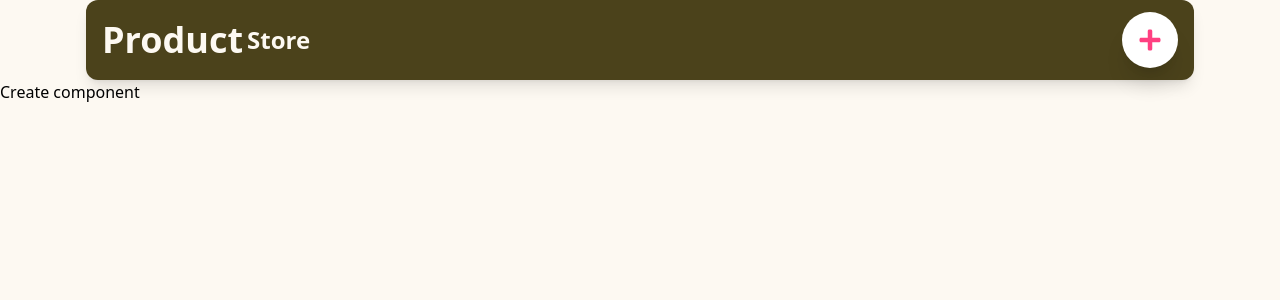
Repository: xarrkhan001/Mern-stack-Project
Page: /create (app in frontend/)
The author's editor kept a copy of each file at every save. The page is drawn from the files as they stood at one save, then again after the next save.
The browser window is 1280 px wide. The pictures show the whole page.
The project was rebuilt for these pictures with package versions that can differ from the ones it lists, and the page was loaded fresh each time. Also part of the build but not shown: frontend/vite.config.js, frontend/src/pages/HomePage.jsx.

Above is the page before, as saved 2025-03-05 16:02:38.

### frontend/src/main.jsx
import React from "react";
import { BrowserRouter } from "react-router-dom";
import ReactDOM from "react-dom";
import "./index.css";
import App from "./App";

ReactDOM.render(
  <React.StrictMode>
    <BrowserRouter>
      <App />
    </BrowserRouter>
  </React.StrictMode>,
  document.getElementById("root")
);

### frontend/src/App.jsx
import React from "react";
import { Routes, Route } from "react-router-dom";
import HomePage from "./pages/HomePage";
import CreatePage from "./pages/CreatePage";
import Navbar from "./components/Navbar";

const App = () => {
  return (
    <>
      <div className="min-h-[100vh] bg-[#fdf9f2]">
        {" "}
        {/* Lighter background color */}
        <Navbar />
        <Routes>
          <Route path="/" element={<HomePage />} />
          <Route path="/create" element={<CreatePage />} />
        </Routes>
      </div>
    </>
  );
};

export default App;

### frontend/src/pages/CreatePage.jsx
import React from "react";

const CreatePage = () => {
  return (
    <>
      <div>Create component</div>
    </>
  );
};

export default CreatePage;

### frontend/src/components/Navbar.jsx
import React from "react";
import { Link } from "react-router-dom";
import { FaPlus } from "react-icons/fa";

const Navbar = () => {
  return (
    <>
      <div className="max-w-[1140px] px-4 mx-auto">
        {/* Navbar container */}
        <div className="flex items-center justify-between h-20 bg-[#4B421B] p-4 rounded-xl shadow-lg">
          {/* Left side - ProductStore logo */}
          <Link to="/" className="flex items-center">
            {/* "Product" part of the logo - larger and bolder */}
            <span className="text-4xl font-extrabold text-[#fdf9f2]">
              Product
            </span>
            {/* "Store" part of the logo - slightly smaller */}
            <span className="text-2xl text-[#fdf9f2] font-semibold ml-1">
              Store
            </span>
          </Link>

          {/* Right side - Plus Icon */}
          <div className="relative">
            <Link to="/create">
              <button className="w-14 h-14 bg-white text-[#FF4081] rounded-full flex items-center justify-center transform hover:scale-125 transition-all duration-300 shadow-xl hover:shadow-2xl focus:outline-none">
                <FaPlus size={24} />
              </button>
            </Link>
          </div>
        </div>
      </div>
    </>
  );
};

export default Navbar;

Loaded but not shown: frontend/index.html (common file); frontend/src/index.css (common file); frontend/tailwind.config.js (common file)

After the next save:
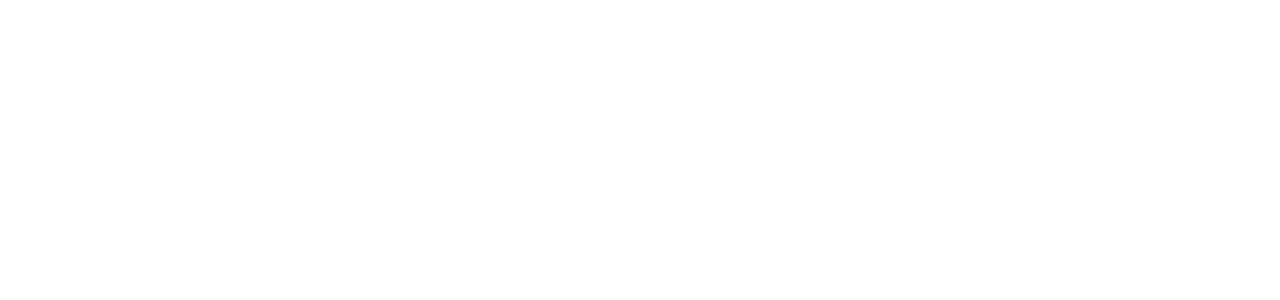
Console error: ReferenceError: FaPlus is not defined
Saved 40 s later.
--- a/frontend/src/components/Navbar.jsx
+++ b/frontend/src/components/Navbar.jsx
@@ -1,6 +1,6 @@
 import React from "react";
 import { Link } from "react-router-dom";
-import { FaPlus } from "react-icons/fa";
+import { FaProductHunt } from "react-icons/fa"; // Import a product icon for logo
 
 const Navbar = () => {
   return (
@@ -8,8 +8,10 @@
       <div className="max-w-[1140px] px-4 mx-auto">
         {/* Navbar container */}
         <div className="flex items-center justify-between h-20 bg-[#4B421B] p-4 rounded-xl shadow-lg">
-          {/* Left side - ProductStore logo */}
+          {/* Left side - ProductStore logo with an icon */}
           <Link to="/" className="flex items-center">
+            {/* Product Icon + Text */}
+            <FaProductHunt className="text-4xl text-[#fdf9f2] mr-2" />
             {/* "Product" part of the logo - larger and bolder */}
             <span className="text-4xl font-extrabold text-[#fdf9f2]">
               Product

After the save that followed:
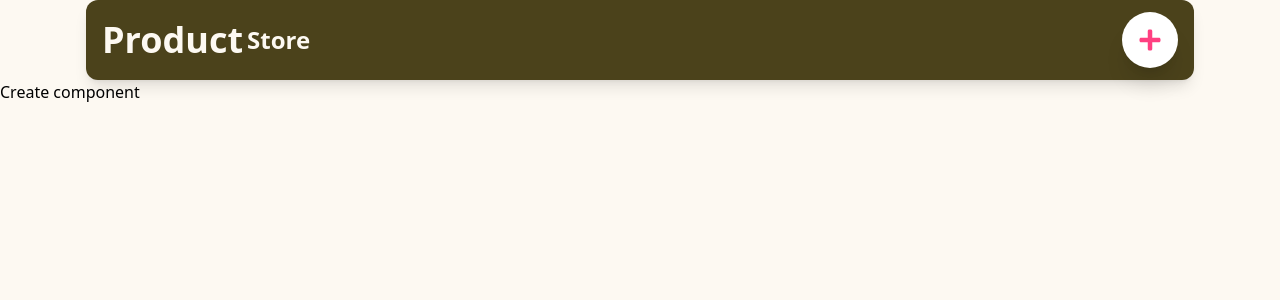
The error is gone.
Saved 10 s later.
--- a/frontend/src/components/Navbar.jsx
+++ b/frontend/src/components/Navbar.jsx
@@ -1,6 +1,6 @@
 import React from "react";
 import { Link } from "react-router-dom";
-import { FaProductHunt } from "react-icons/fa"; // Import a product icon for logo
+import { FaPlus } from "react-icons/fa";
 
 const Navbar = () => {
   return (
@@ -8,10 +8,8 @@
       <div className="max-w-[1140px] px-4 mx-auto">
         {/* Navbar container */}
         <div className="flex items-center justify-between h-20 bg-[#4B421B] p-4 rounded-xl shadow-lg">
-          {/* Left side - ProductStore logo with an icon */}
+          {/* Left side - ProductStore logo */}
           <Link to="/" className="flex items-center">
-            {/* Product Icon + Text */}
-            <FaProductHunt className="text-4xl text-[#fdf9f2] mr-2" />
             {/* "Product" part of the logo - larger and bolder */}
             <span className="text-4xl font-extrabold text-[#fdf9f2]">
               Product
